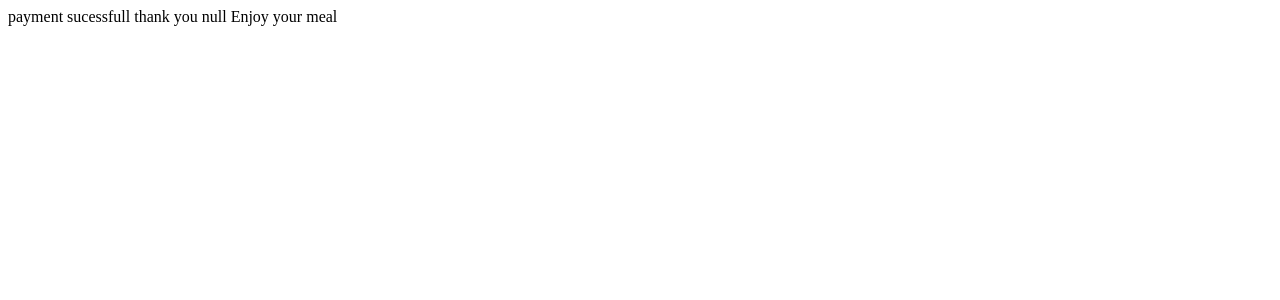
Repository: jha6435/phase4project
Page: http://localhost/Kitchenstory/BergerPayController
These files come from the project's save history. The page is drawn as it stood at one moment and after the next save; the edit follows.
The browser window is 1280 px wide. The pictures show the whole page.
The page is served by Tomcat 9. Other server files are loaded and not shown.

Above is the page before, as saved 2023-05-07 08:59:55.

### Kitchenstory/src/main/webapp/bergerpayslip.jsp
<%@ page language="java" contentType="text/html; charset=ISO-8859-1"
    pageEncoding="ISO-8859-1"%>
<!DOCTYPE html>
<html>
<head>
<meta charset="ISO-8859-1">
<title>Insert title here</title>
</head>
<body>
<%
String name=(String)request.getAttribute("name") ;
out.println("payment sucessfull");
out.println("thank you "+name+" Enjoy your meal");
%>
</body>
</html>

### Kitchenstory/src/main/java/com/krishna/controller/BergerPayController.java
package com.krishna.controller;

import java.io.IOException;

import javax.servlet.RequestDispatcher;
import javax.servlet.ServletException;
import javax.servlet.http.HttpServlet;
import javax.servlet.http.HttpServletRequest;
import javax.servlet.http.HttpServletResponse;


public class BergerPayController extends HttpServlet {
	private static final long serialVersionUID = 1L;


	protected void doGet(HttpServletRequest request, HttpServletResponse response) throws ServletException, IOException {
		String name=request.getParameter("nameoncard");
		request.setAttribute("name", name);
		RequestDispatcher dispatcher=request.getRequestDispatcher("bergerpayslip.jsp");
		dispatcher.forward(request,response);

	}


	protected void doPost(HttpServletRequest request, HttpServletResponse response) throws ServletException, IOException {
		// TODO Auto-generated method stub
		doGet(request, response);
	}

}

After the next save:
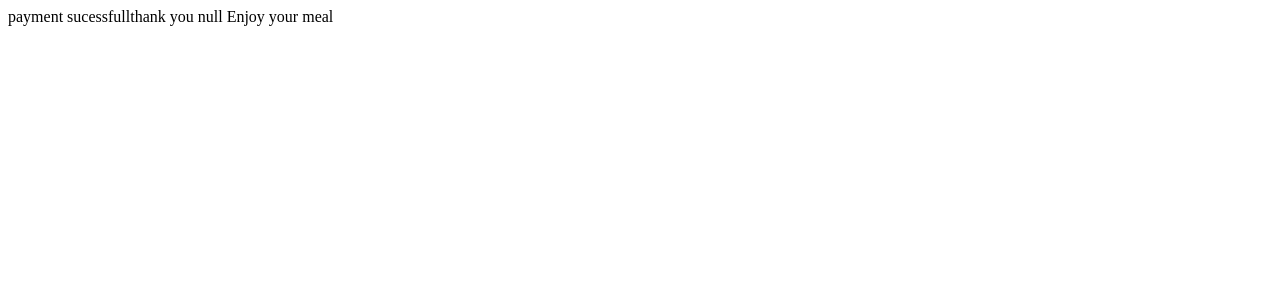
Saved 2 min 23 s later.
--- a/Kitchenstory/src/main/webapp/bergerpayslip.jsp
+++ b/Kitchenstory/src/main/webapp/bergerpayslip.jsp
@@ -9,7 +9,7 @@
 <body>
 <%
 String name=(String)request.getAttribute("name") ;
-out.println("payment sucessfull");
+out.print("payment sucessfull");
 out.println("thank you "+name+" Enjoy your meal");
 %>
 </body>

After the save that followed:
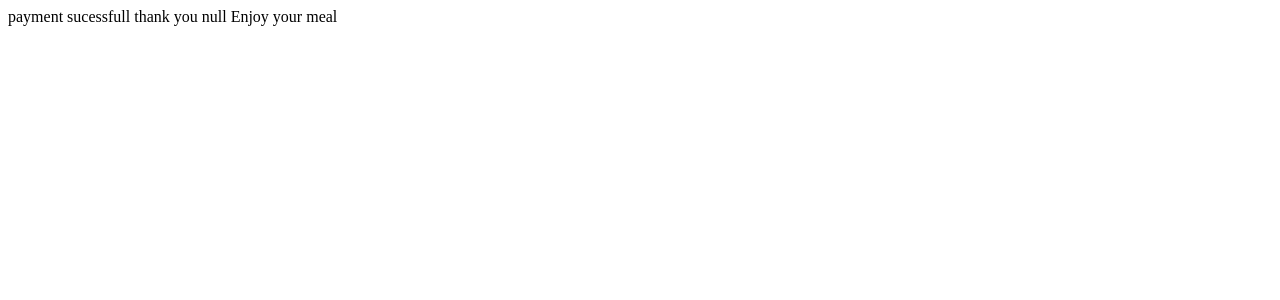
Saved 27 s later.
--- a/Kitchenstory/src/main/webapp/bergerpayslip.jsp
+++ b/Kitchenstory/src/main/webapp/bergerpayslip.jsp
@@ -9,7 +9,7 @@
 <body>
 <%
 String name=(String)request.getAttribute("name") ;
-out.print("payment sucessfull");
+out.println("payment sucessfull");
 out.println("thank you "+name+" Enjoy your meal");
 %>
 </body>
